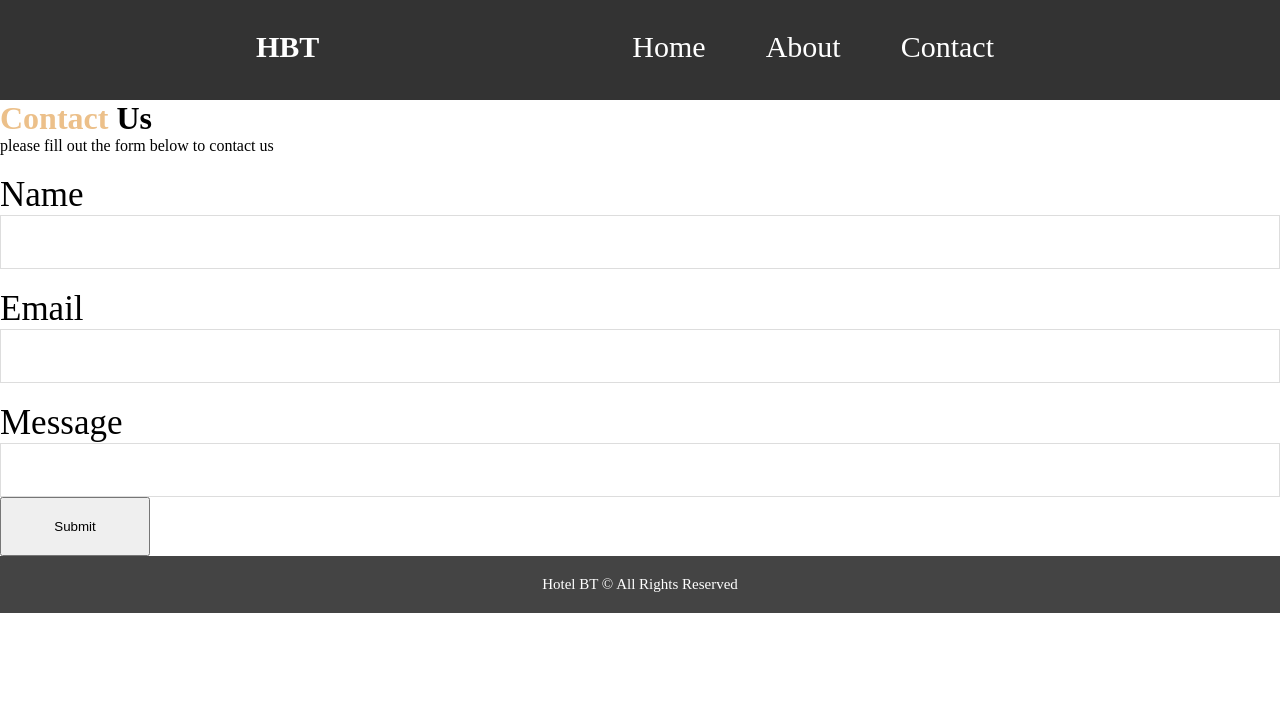
Repository: reemoon-ctrl/hotel-website
Page: 35 - hotel-website/contact.html
The author's editor kept a copy of each file at every save. The page is drawn from the files as they stood at one save, then again after a run of saves.
The browser window is 1280 px wide. The pictures show the whole page.

Above is the page before, as saved 2024-07-22 09:42:17.

### 35 - hotel-website/contact.html
<!DOCTYPE html>
<html lang="en">
<head>
    <meta charset="UTF-8">
    <meta name="viewport" content="width=device-width, initial-scale=1.0">
    <title>HBT | Hotel Website</title>
    <link rel="stylesheet" href="index.css"/>
</head>
<body>
    <header>
        <ul class="nav-bar">
            <li class="title"><a href="index.html">HBT</a></li>
            <div class="bag-nav-row" >
            <li class="bag-nav"><a href=" ">Contact</a></li>
            <li class="bag-nav"><a href="">About</a></li>
            <li class="bag-nav"><a href="index.html">Home</a></li>
            </div>
        </ul>
    </header>

    <main>
        <div>
            <form action="#">
                <h1><span class="fword">Contact </span>Us</h1>
                <p>please fill out the form below to contact us</p>
                <div class="form-label">
                    <label for="name">Name</label>
                    <input type="text">

                </div>
                <div class="form-label">
                    <label for="Email">Email</label>
                    <input type="text">
                </div>
                <div class="form-label">
                    <label for="Message">Message</label>
                    <input type="text">

                </div>
                <input type="submit">
            </form>
        </div>

    </main>

    <footer>
        <p>Hotel BT &copy; All Rights Reserved</p>

    </footer>

</body>
</html>

### 35 - hotel-website/index.css
*{
    padding: 0px;
    margin: 0px;
    box-sizing: border-box;

}
.nav-bar{
    list-style:none;
    overflow: auto;
    /* clear:both; */
    background: #333333;
    font-size: 20px;
    text-align: center;
    height: 100px;

}

.bag-nav-row{
    margin-right: 20%;
}
.title{
    float: left;
    margin-left: 20%;
    font-weight: bold;
    font-size:30px ;

    text-align: center;
    padding:30px 0px;

}
.title  a{
    text-decoration: none;
    color:#fff
}


.bag-nav{
    float: right;
    font-size: 30px;

}
.bag-nav-row li a{
    text-decoration: none;
    padding: 30px 30px 30px 30px;
    display: inline-block;
    color: #fff;
}

.bag-nav-row li a:hover{
    background: #444444;
    color:#ecc08a;
}
.bag-nav-row li a:active{
    background: #444444;
    color:#ecc08a;
}


.mainheader{
     background-image: url("img/showcase.jpg")  ;
   /* background-size:cover;


    height: 600px; */


  background-color: #cccccc;
  height: 600px;
  background-position: center;
  background-repeat: no-repeat;
  background-size: cover;
  position: relative;
}
.mainheadertxt{
    margin: auto;
    top:50%;
    position:relative;
    text-align: center;
    /* margin-top: 20px; */
    color:#fff;
}
.mainheadertxt h3{
    font-size:xx-large;

}

.mainheadertxt p{
    margin:20px;
}
.mainheadertxt a{
    position:relative;
    display: block;
    width: fit-content;
    background: #444444;
    text-decoration:none ;
    color: #fff;
    top:50%;
    margin:auto;


    padding: 20px;
}
.fword{
    color:#ecc08a
}
.main-content{
    width:100%;
    height:300px;
    overflow: auto;
    background: #444444;
    color: #fff;
}
.hotelimg{
    width:50%;
    float:left;
    height:300px;

}
.hotel-disc{
    width:50%;
    float:right;
    text-align: center;
    /* margin-top:px; */
    line-height: 1.5;
    padding:20px;

}
.hotel-disc h3{
    font-size: xx-large;
    margin-bottom: 20px;
}
.hotel-disc a{
    position:relative;
    display: block;
    width: fit-content;

    text-decoration:none ;
    color: #333333;
    padding: 15px;
    margin:auto;
    margin-top: 20px;
    background: #fff;

}

.aside-bar{
    height: 300px;
    overflow: auto;
    clear:both;

}
.ul{
    list-style: none;
    text-align: center;
    margin:auto;
    height:300px;
}
.fli{
    padding: 60px;
    margin: auto;
    float: left;
    width:33%;
    height: 300px;
    padding: 90px 20px;
}
.fli h4{
    font-size: 25px;
    margin-bottom: 20px;
}
.sli h4{
    font-size: 25px;
    margin-bottom: 20px;
}
.thli h4{
    font-size: 25px;
    margin-bottom: 20px;
}
.sli{
    float:left;
    width:33%;
    background-color:#ecc08a;
    height: 300px;
    padding: 90px 20px;

}
.thli{
    float:right;
    width:33%;
    height: 300px;
    margin: auto;
    height: 300px;
    padding: 90px 20px;
}

footer p{
    text-align: center;
    font-size: 15px;
    color: #fff;
    background: #444444;
    padding: 20px;
}
/* ///////////////about website////////////////// */
.s-header{
    overflow: auto;
    clear: both;
    margin: auto;
    margin: 50px 20%;
    /* height: 500px; */
}
.header-content{
    float:left;
    width:40%;

}
.header-content h1{
    font-size: 50px;
}
.header-content p{
    font-size: 28px;
    margin-top: 20px;
    line-height: 1.3;
}
.hotel-img2{
    height:400px;
    width: 40%;
    float: right;
    border-radius:50%;
}
.comment{
    overflow: auto;
    background:#ecc08a;
    margin: 20px 20%;
    border-radius: 20px;

}
.aside-content{
    background-image: url(img/test-bg.jpg) ;
    background-color: #cccccc;
    height:900px;
    background-position: center;
    background-repeat: no-repeat;
    background-size: cover;
    position: relative;
    width: 100%;



}
.aside-content h1{
    margin: 20px 20%;
    text-align: center;
    color: #FFF;
    font-size: 50px;
    padding-top: 100px;
    padding-bottom: 50px;

}
.comment img{
    padding-top: 30px;
width:200px ;
height:200px ;
border-radius: 200px;
float: left;
padding-right: 20px;
padding-left: 20px;
margin-bottom: 50px;
}
.comment p{
padding-top: 70px;
font-size: 28px;
color: #333333;


}
/* ///////////////about style///////////// */
.form-label label{
    display: block;

}
.form-label input{
    width:100%;
    padding:10px;
    font-size: 28px;
    border:#ddd solid 1px;

}
.form-label{
    font-size: 35px;
    margin-top: 20px ;
}
form input{
 padding: 20px;
 text-align: center;
 width:150px;
 cursor: pointer;
 margin: 0;
}

After the next 5 saves:
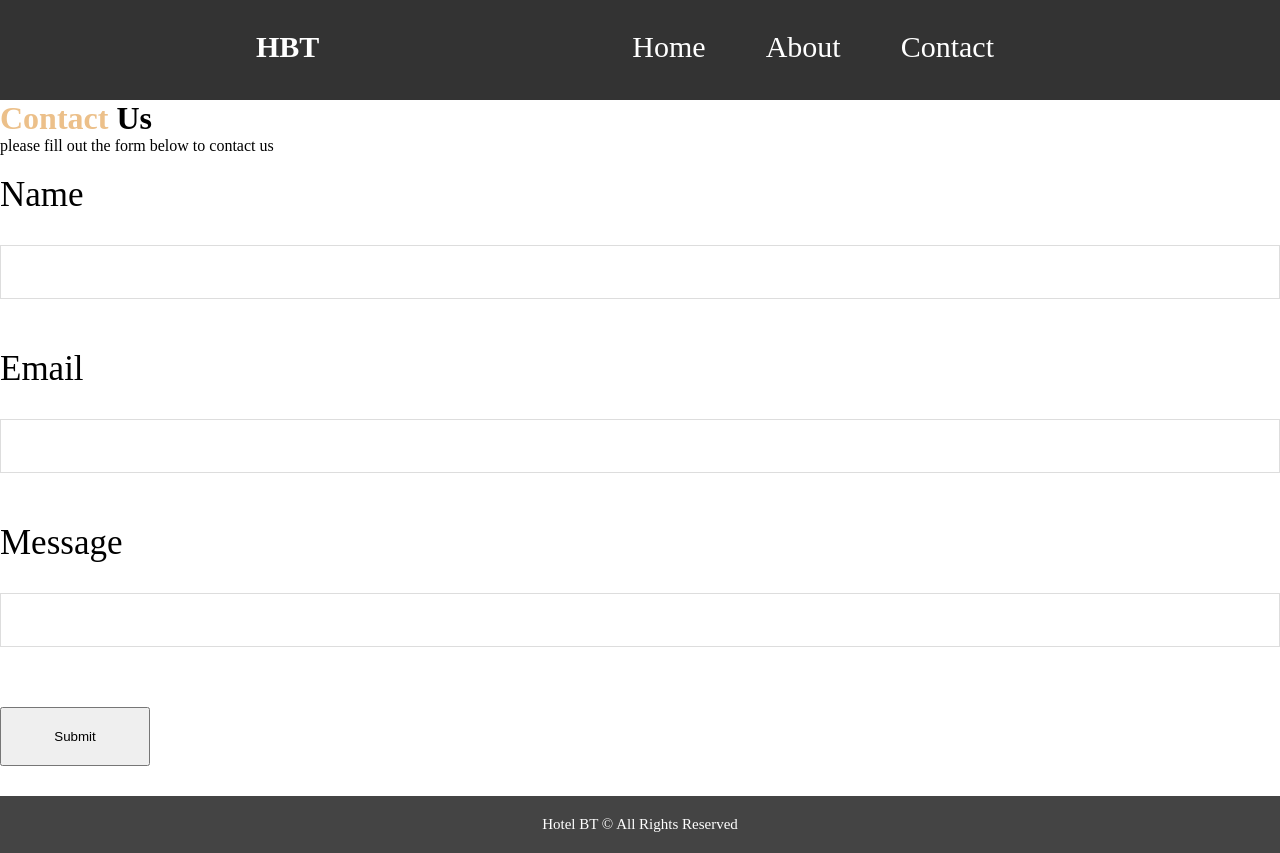
The 5 saves are shown as one change because they came seconds apart.
The last was saved 11 s later.
--- a/35 - hotel-website/index.css
+++ b/35 - hotel-website/index.css
@@ -293,5 +293,5 @@ form input{
  text-align: center;
  width:150px;
  cursor: pointer;
- margin: 0;
-}
+ margin: 30px 0px;
+}
